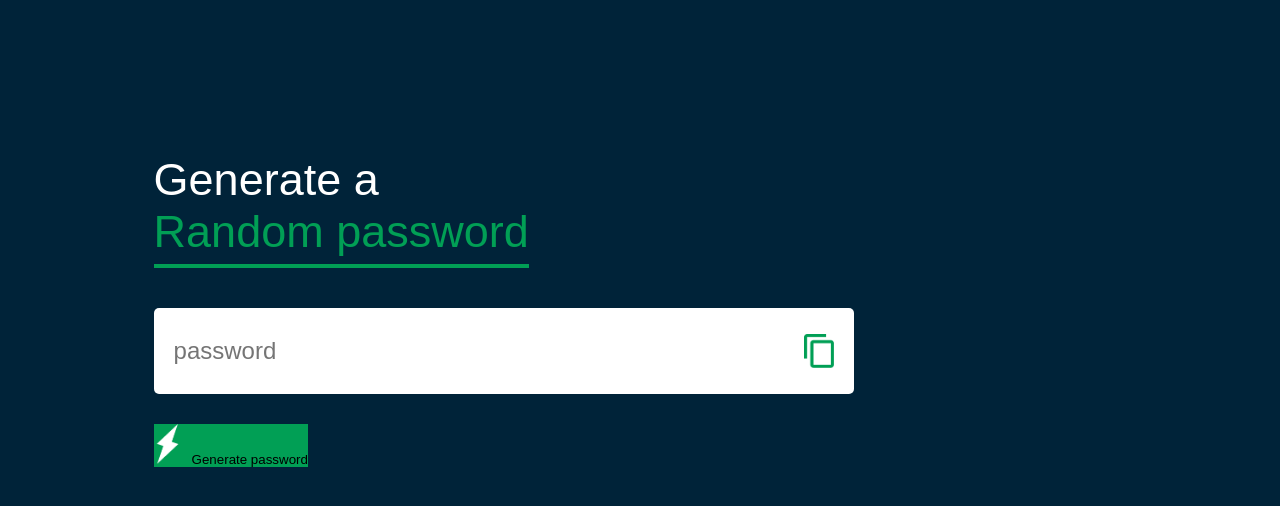
Repository: YAAMAR/password-generator
Page: Random password/index.html
An editor plug-in stored every save of this project. The page is shown before and after the next save, followed by the edit.
The browser window is 1280 px wide. The pictures show the whole page.

Above is the page before, as saved 2024-05-02 19:14:12.

After the next save:
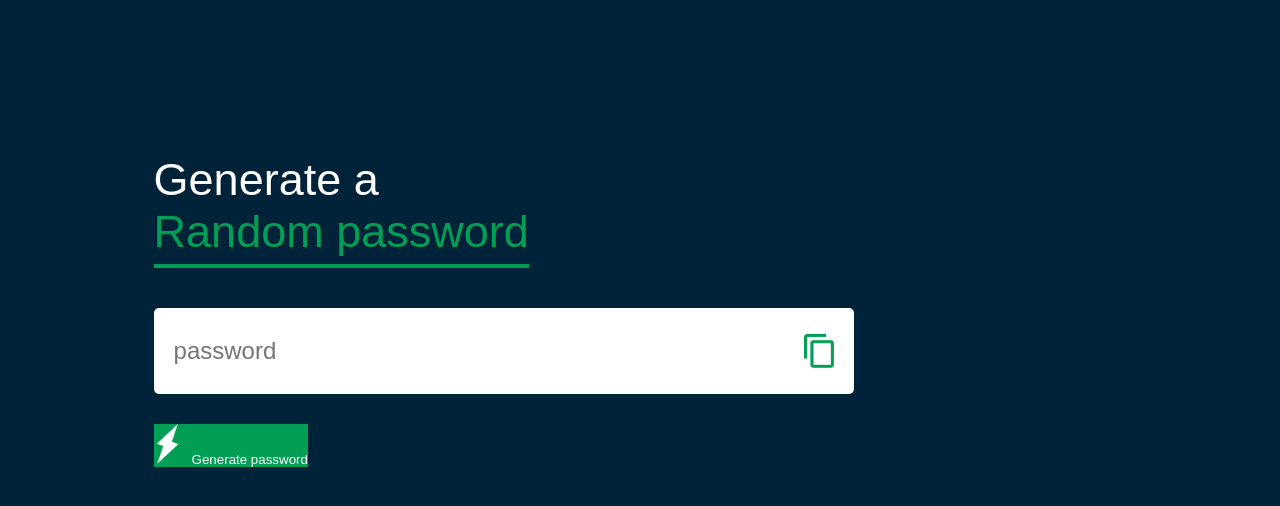
Saved 9 s later.
--- a/Random password/style.css
+++ b/Random password/style.css
@@ -53,5 +53,5 @@ border-radius: 5px;
     border: 0;
     outline: 0;
     background: #019f55;
-    color: ;
+    color: #fff;
 }
